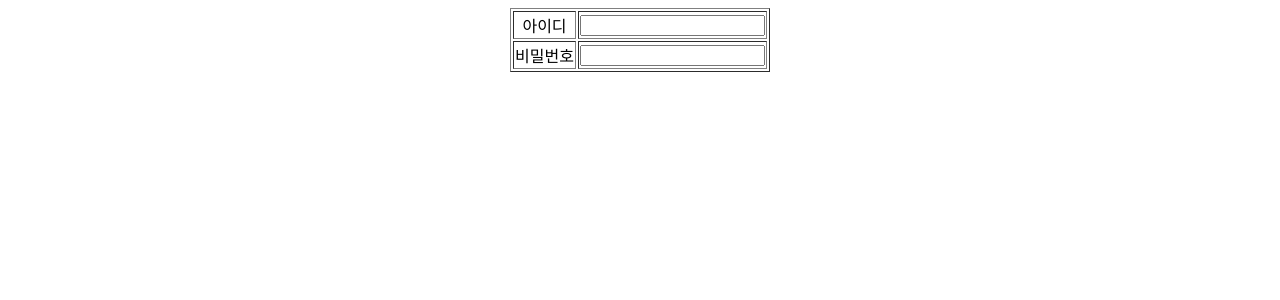
Repository: HongEunbeen/JSP-code
Page: http://localhost/Login_Project/Login.jsp
An editor plug-in stored every save of this project. The page is shown before and after the next save, followed by the edit.
The browser window is 1280 px wide. The pictures show the whole page.
The page is served by Tomcat 9.

Above is the page before, as saved 2019-04-02 06:20:00.

After the next save:
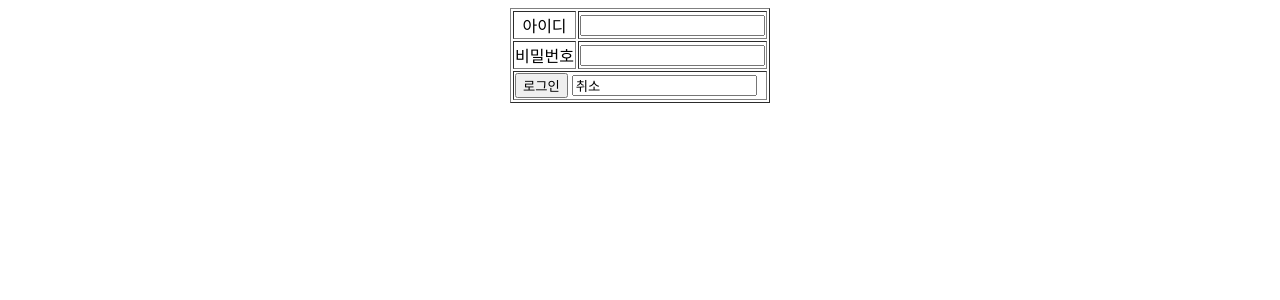
Saved 69 s later.
--- a/Login_Project/WebContent/Login.jsp
+++ b/Login_Project/WebContent/Login.jsp
@@ -18,6 +18,12 @@
 					<td>비밀번호</td>
 					<td><input type = "password" name = "pw"></td>
 				</tr>
+				<tr>
+					<td colspan = "2">
+						<input type = "submit" value = "로그인">
+						<input type = "result" value = "취소">
+					</td>
+				</tr>
 			</table>
 		</form>
 	</center>
